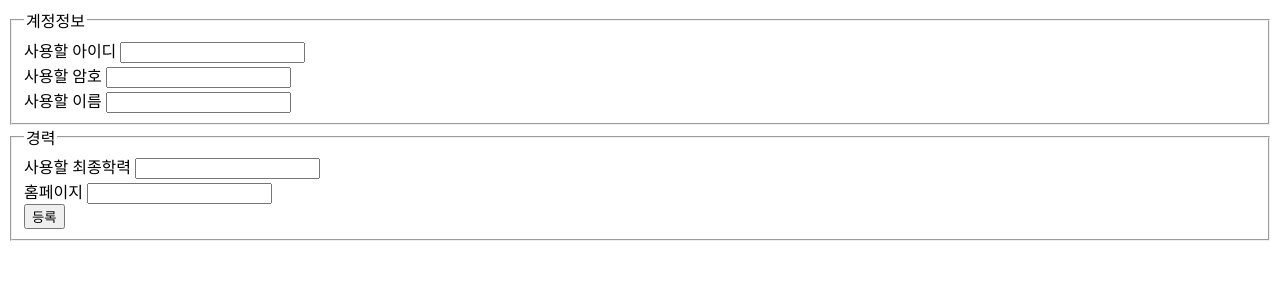
Repository: ybshim90/sesac1
Page: day_20211217_01_web/src/main/webapp/regist.html
These files come from the project's save history. The page is drawn as it stood at one moment and after the next save; the edit follows.
The browser window is 1280 px wide. The pictures show the whole page.

Above is the page before, as saved 2021-12-17 05:29:24.

### day_20211217_01_web/src/main/webapp/regist.html
<!DOCTYPE html>
<html>
	<head>
		<meta charset="UTF-8">
		<title>Insert title here</title>
	</head>
	<body>
		<form action="jsp/form1.jsp" method="post">
			<fieldset>
				<legend>계정정보</legend>
				<label> 사용할 아이디
					<input type="text" name="memid"><br>
				</label>

				<label for="id_pw">사용할 암호</label>
				<input type="password" name="mempw" id="id_pw"><br>

				사용할 이름
				<input type="text" name="memname"><br>

			</fieldset>

			<fieldset>
				<legend>경력</legend>
				<label>사용할 최종학력
					<input type="search" name="keyword"><br>
				</label>

				<label>홈페이지
					<input type="url" name="homepage"><br>
				</label>
				<input type="submit" value="등록">
			</fieldset>
		</form>
	</body>
</html>

After the next save:
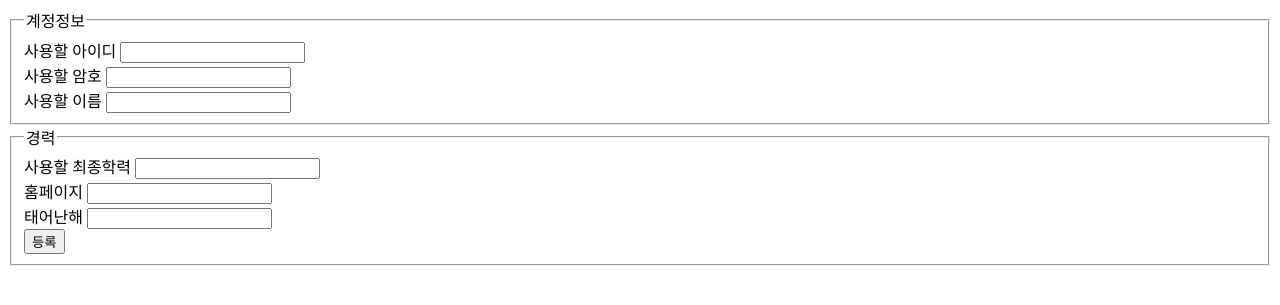
Saved 112 s later.
--- a/day_20211217_01_web/src/main/webapp/regist.html
+++ b/day_20211217_01_web/src/main/webapp/regist.html
@@ -29,6 +29,11 @@
 				<label>홈페이지
 					<input type="url" name="homepage"><br>
 				</label>
+
+				<label>태어난해
+					<input type="number" name="birthYear"><br>
+				</label>
+
 				<input type="submit" value="등록">
 			</fieldset>
 		</form>
